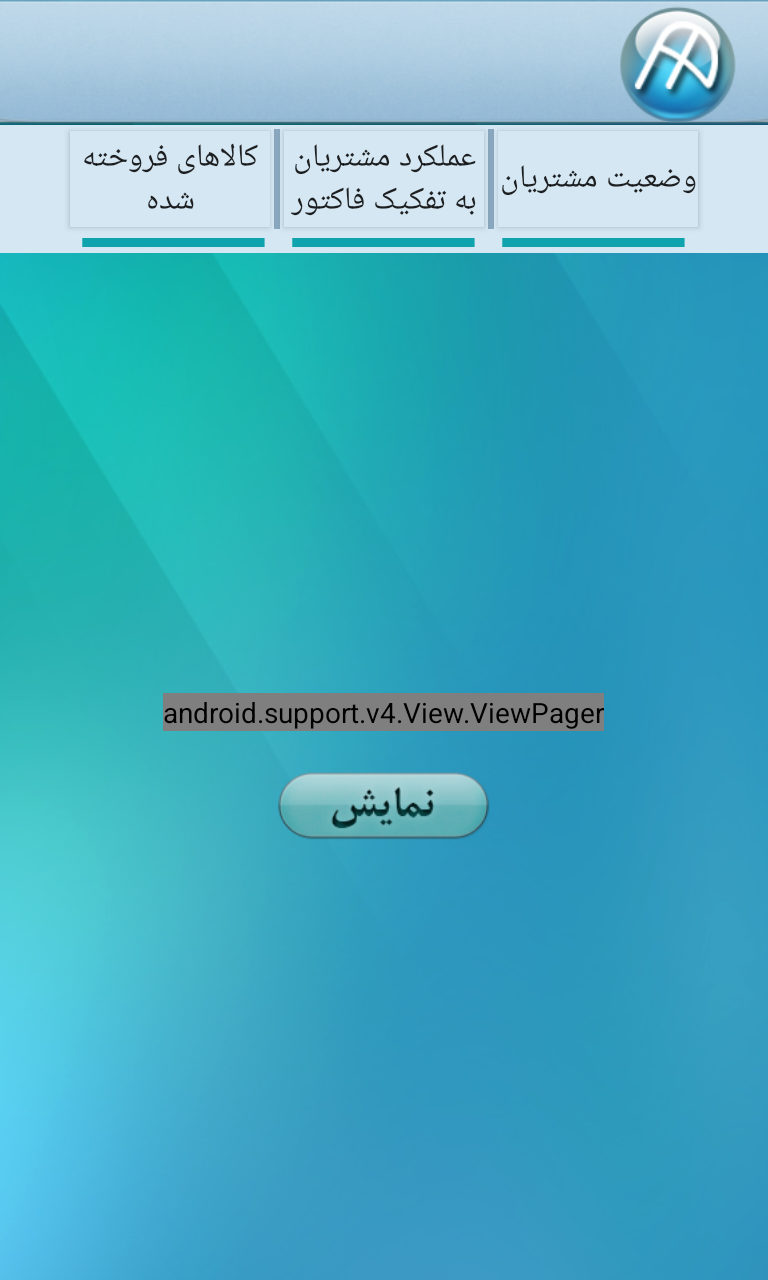
Repository: AtiehPardaz/Reports-Mobile
Layout: Reportsmobile/res/layout/activity_forosh.xml
The author's editor kept a copy of each file at every save. The layout is drawn from the files as they stood at one save, then again after a run of saves.
Pictures or frames that could not be fetched are drawn as grey boxes. It is drawn on a 768 x 1280 px phone screen (xhdpi) without system bars, with theme AppTheme; the app's code is not run. Lists and similar views that code fills are empty.

Above is the layout before, as saved 2015-03-09 12:27:51.

### Reportsmobile/res/layout/activity_forosh.xml
<RelativeLayout xmlns:android="http://schemas.android.com/apk/res/android"
    android:layout_width="fill_parent"
    android:layout_height="fill_parent"
    android:background="@drawable/backgroundsade" >

    <LinearLayout
        android:layout_width="match_parent"
        android:layout_height="match_parent"
        android:orientation="vertical" >

        <LinearLayout
            android:layout_width="match_parent"
            android:layout_height="wrap_content"
            android:background="@drawable/actionbar"
            android:gravity="right" >

            <ImageButton
                android:id="@+id/imgbtn_menu_forosh"
                android:layout_width="wrap_content"
                android:layout_height="wrap_content"
                android:layout_gravity="center"
                android:layout_marginRight="15dp"
                android:background="@drawable/homebutton"
                android:onClick="btnmenu"
                android:src="@drawable/btn_clickmenu" />
        </LinearLayout>

        <LinearLayout
            android:layout_width="match_parent"
            android:layout_height="wrap_content"
            android:background="@color/blue_actionbar2color"
            android:gravity="center"
            android:orientation="horizontal" >

            <Button
                android:id="@+id/button3"
                android:layout_width="100dp"
                android:layout_height="wrap_content"
                android:background="@color/blue_actionbar2color"
                android:text="کالاهای فروخته شده"
                android:textSize="16sp" />

            <View
                android:id="@+id/View02"
                android:layout_width="3dp"
                android:layout_height="50dp"
                android:layout_gravity="top"
                android:layout_margin="2dp"
                android:background="#88a6bd" />

            <Button
                android:id="@+id/button2"
                android:layout_width="100dp"
                android:layout_height="wrap_content"
                android:background="@color/blue_actionbar2color"
                android:text="عملکرد مشتریان به تفکیک فاکتور"
                android:textSize="16sp" />

            <View
                android:id="@+id/View03"
                android:layout_width="3dp"
                android:layout_height="50dp"
                android:layout_gravity="top"
                android:layout_margin="2dp"
                android:background="#88a6bd" />

            <Button
                android:id="@+id/button1"
                android:layout_width="100dp"
                android:layout_height="wrap_content"
                android:background="@color/blue_actionbar2color"
                android:text="وضعیت مشتریان"
                android:textSize="16sp" />
        </LinearLayout>

        <LinearLayout
            android:layout_width="match_parent"
            android:layout_height="10dp"
            android:layout_gravity="center"
            android:background="@color/blue_actionbar2color"
            android:gravity="center" >

            <ImageButton
                android:id="@+id/ImageButton02"
                android:layout_width="100dp"
                android:layout_height="wrap_content"
                android:layout_marginRight="5dp"
                android:background="@drawable/underline" />

            <ImageButton
                android:id="@+id/ImageButton01"
                android:layout_width="100dp"
                android:layout_height="wrap_content"
                android:layout_marginRight="5dp"
                android:background="@drawable/underline" />

            <ImageButton
                android:id="@+id/imageButton2"
                android:layout_width="100dp"
                android:layout_height="wrap_content"
                android:background="@drawable/underline" />
        </LinearLayout>

        <LinearLayout
            android:layout_width="match_parent"
            android:layout_height="match_parent"
            android:layout_gravity="center"
            android:layout_weight="1"
            android:gravity="center"
            android:orientation="vertical"
            android:padding="30dp" >

            <android.support.v4.View.ViewPager
                android:layout_width="wrap_content"
                android:layout_height="wrap_content" />

            <ImageButton
                android:id="@+id/imageButton3"
                android:layout_width="wrap_content"
                android:layout_height="wrap_content"
                android:layout_marginTop="20dp"
                android:background="@drawable/btnnamayesh"
                android:src="@drawable/btn_click" />
        </LinearLayout>
    </LinearLayout>

    <LinearLayout
        android:id="@+id/linearmenu_forosh"
        android:layout_width="match_parent"
        android:layout_height="wrap_content"
        android:gravity="right"
        android:visibility="gone" >

        <LinearLayout
            android:layout_width="wrap_content"
            android:layout_height="wrap_content"
            android:layout_marginRight="2dp"
            android:layout_marginTop="55dp"
            android:background="@drawable/menubackground"
            android:gravity="right"
            android:orientation="vertical" >

            <ImageButton
                android:id="@+id/imgbtn_forosh_forosh"
                android:layout_width="wrap_content"
                android:layout_height="wrap_content"
                android:layout_marginTop="5dp"
                android:background="@drawable/btnforosh"
                android:src="@drawable/btn_click" />

            <ImageButton
                android:id="@+id/imgbtn_khazane_forosh"
                android:layout_width="wrap_content"
                android:layout_height="wrap_content"
                android:background="@drawable/btnkhazane"
                android:src="@drawable/btn_click" />

            <ImageButton
                android:id="@+id/imgbtn_hesabdari_forosh"
                android:layout_width="wrap_content"
                android:layout_height="wrap_content"
                android:background="@drawable/btnhesabdari"
                android:src="@drawable/btn_click" />

            <ImageButton
                android:id="@+id/imgbtn_kala_forosh"
                android:layout_width="wrap_content"
                android:layout_height="wrap_content"
                android:background="@drawable/btnkala"
                android:src="@drawable/btn_click" />

            <ImageButton
                android:id="@+id/imgbtn_domain_forosh"
                android:layout_width="wrap_content"
                android:layout_height="wrap_content"
                android:layout_marginBottom="5dp"
                android:background="@drawable/btndomain"
                android:src="@drawable/btn_click" />
        </LinearLayout>
    </LinearLayout>

</RelativeLayout>

### Reportsmobile/res/drawable/btn_clickmenu.xml
<selector xmlns:android="http://schemas.android.com/apk/res/android">
<item android:state_focused="true" android:drawable="@drawable/homebtnclick"/>
<item android:state_pressed="true" android:drawable="@drawable/homebtnclick" />
<item android:state_selected="true" android:drawable="@drawable/homebtnclick" />


</selector>

### Reportsmobile/res/values/colors.xml
<?xml version="1.0" encoding="utf-8"?>
<resources>

    <color name="first_row_text_color">#000000</color>
    <color name="holidays_text_color">#FF0000</color>
    <color name="first_row_background_color">#DDDDDD</color>

    <!-- solely used on QiblaCompassView -->
    <color name="background_color">#6E97B9</color>
    <color name="marker_color">#FFFFFF</color>
    <color name="text_color">#000000</color>
    <color name="bg_action_green">#3BB18E</color>
    <color name="bg_action_gray"> #dddddd</color>
    <color name="white_color"> #ffffff</color>
    <color name="blue_titlecolor"> #293897</color>
     <color name="blue_actionbar2color"> #d4e7f3</color>


</resources>

### Reportsmobile/res/drawable/btn_click.xml
<selector xmlns:android="http://schemas.android.com/apk/res/android">
<item android:state_focused="true" android:drawable="@drawable/btnclick"/>
<item android:state_pressed="true" android:drawable="@drawable/btnclick" />

</selector>

Loaded but not shown: Reportsmobile/res/values/styles.xml (common file); Reportsmobile/res/values-v11/styles.xml (common file); Reportsmobile/res/values-v14/styles.xml (common file)

After the next 2 saves:
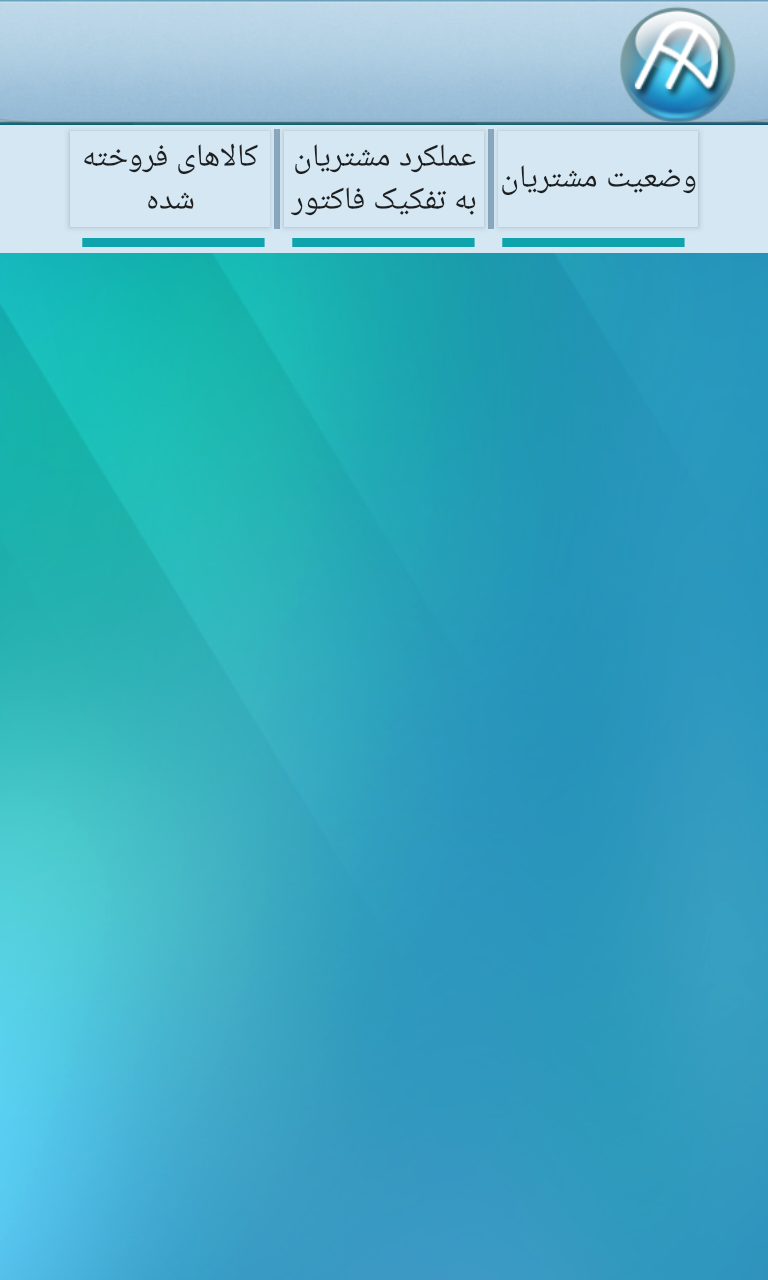
The 2 saves are shown as one change because 1 did not build or start.
The last was saved 88 s later.
--- a/Reportsmobile/res/layout/activity_forosh.xml
+++ b/Reportsmobile/res/layout/activity_forosh.xml
@@ -110,7 +110,7 @@
             android:orientation="vertical"
             android:padding="30dp" >
 
-            <android.support.v4.View.ViewPager
+            <android.support.v4.view.ViewPager
                 android:layout_width="wrap_content"
                 android:layout_height="wrap_content" />
 
